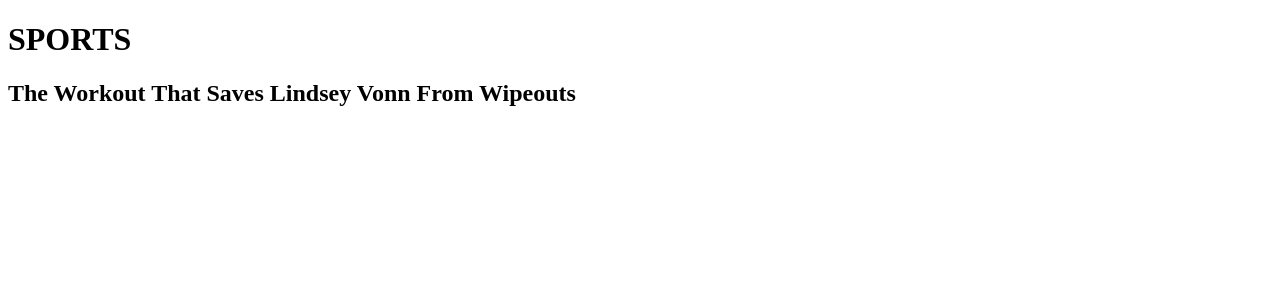
Repository: Dheerendrasingh12/Java-
Page: http://localhost/JSPAPP_PRACTICE6/Sport.jsp
An editor plug-in stored every save of this project. The page is shown before and after the next save, followed by the edit.
The browser window is 1280 px wide. The pictures show the whole page.
The page is served by Tomcat 9. Nobody is signed in. The application's start-up code is not run.

Above is the page before, as saved 2018-01-31 05:39:33.

### Advance/JSP/JSPAPP_PRACTICE6/WebContent/Sport.jsp
<%@ page language="java" contentType="text/html; charset=ISO-8859-1"
    pageEncoding="ISO-8859-1"%>
<!DOCTYPE html PUBLIC "-//W3C//DTD HTML 4.01 Transitional//EN" "http://www.w3.org/TR/html4/loose.dtd">
<html>
<head>
<meta http-equiv="Content-Type" content="text/html; charset=ISO-8859-1">
<title>Sport</title>
</head>
<h1>SPORTS</h1>
<body>
<h2>The Workout That Saves Lindsey Vonn From Wipeouts </h2>

</body>
</html>

After the next save:
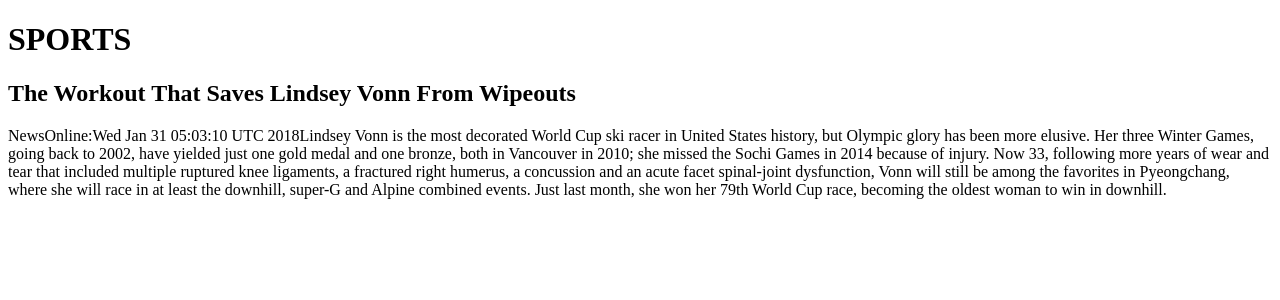
Saved 84 s later.
--- a/Advance/JSP/JSPAPP_PRACTICE6/WebContent/Sport.jsp
+++ b/Advance/JSP/JSPAPP_PRACTICE6/WebContent/Sport.jsp
@@ -10,5 +10,7 @@
 <body>
 <h2>The Workout That Saves Lindsey Vonn From Wipeouts </h2>
 
+NewsOnline:<%=new java.util.Date() %>Lindsey Vonn is the most decorated World Cup ski racer in United States history, but Olympic glory has been more elusive. Her three Winter Games, going back to 2002, have yielded just one gold medal and one bronze, both in Vancouver in 2010; she missed the Sochi Games in 2014 because of injury. Now 33, following more years of wear and tear that included multiple ruptured knee ligaments, a fractured right humerus, a concussion and an acute facet spinal-joint dysfunction, Vonn will still be among the favorites in Pyeongchang, where she will race in at least the downhill, super-G and Alpine combined events. Just last month, she won her 79th World Cup race, becoming the oldest woman to win in downhill.
+
 </body>
 </html>
